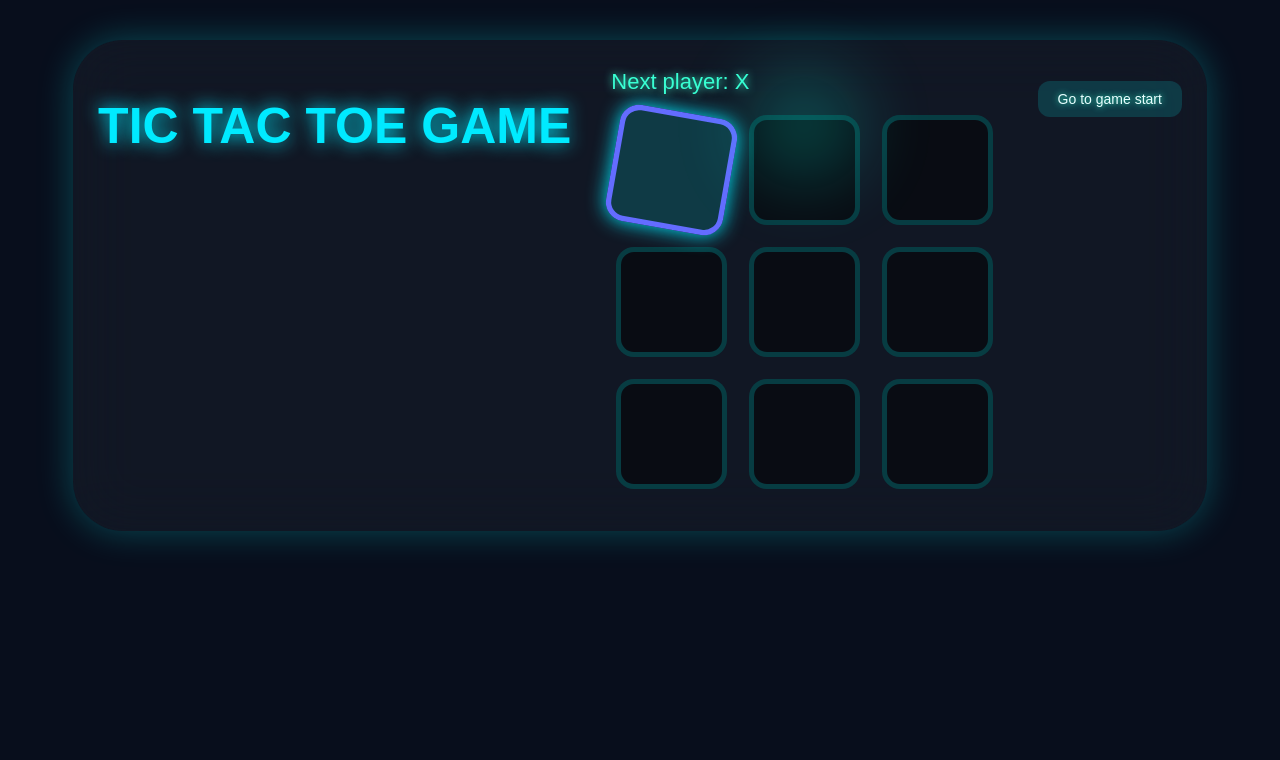
Repository: sofia123776/TIC-TAC-TOE
Page: /
These files come from the project's save history. The page is drawn as it stood at one moment and after the next save; the edit follows.
The browser window is 1280 px wide. The pictures show the whole page.
The pointer rests on the first visible `.square`.
The project was rebuilt for these pictures with package versions that can differ from the ones it lists, and the page was loaded fresh each time. Also part of the build but not shown: vite.config.js.

Above is the page before, as saved 2025-11-30 20:09:15.

### src/index.css
:root {
  font-family: system-ui, Avenir, Helvetica, Arial, sans-serif;
  line-height: 1.5;
  font-weight: 400;

  color-scheme: light dark;
  color: rgba(255, 255, 255, 0.87);
  background-color: whitesmoke;

  font-synthesis: none;
  text-rendering: optimizeLegibility;
  -webkit-font-smoothing: antialiased;
  -moz-osx-font-smoothing: grayscale;
}

a {
  font-weight: 500;
  color: #646cff;
  text-decoration: inherit;
}
a:hover {
  color: #535bf2;
}

body {
  margin: 0;
  display: flex;
  place-items: center;
  min-width: 320px;
  min-height: 100vh;
}

h1 {
  font-size: 3.2em;
  line-height: 1.1;
}

button {
  border-radius: 1px;
  border:8px  solid transparent;
  padding: 0.6em 1.2em;
  font-size: 1em;
  font-weight: 500;
  font-family: inherit;
  background-color: #1a1a1a;
  cursor: pointer;
  transition: border-color 0.25s;
}
button:hover {
  border-color: #646cff;
}
button:focus,
button:focus-visible {
  outline: 4px auto -webkit-focus-ring-color;
}

@media (prefers-color-scheme: light) {
  :root {
    color: #213547;
    background-color: #ffffff;
  }
  a:hover {
    color: #747bff;
  }
  button {
    background-color: #f9f9f9;
  }
}

### src/App.jsx
import { useState } from 'react'
import reactLogo from './assets/react.svg'
import viteLogo from '/vite.svg'
import './App.css'

function Square({value, onSquareClick, highlight}){


  return(
   <button
      className={`square ${highlight ? "highlight" : ""}`}
      onClick={onSquareClick}
    >
      {value}
    </button>
  );

}

function Board({xIsNext, squares, onPlay}) {



  function Handleclick(i){

    if ( Calculatewinner(squares) || squares[i]) {
    return;

  }
    ClickSound.play();
    const nextSquares = squares.slice()
    if (xIsNext){
    nextSquares[i] = "X"
    }else{
      nextSquares[i] = "O"
    }
    onPlay(nextSquares);
  }
    const winner = Calculatewinner(squares);
    const winningLine = Calculatewinner(squares, true);
    const ClickSound = new Audio("/sounds/click.mp3.wav");
    const WinSound = new Audio("/sounds/win.mp3.wav");

  let status;
  if (winner) {
    status = "Winner: " + winner;
    WinSound.play();
  } else {
    status = "Next player: " + (xIsNext ? "X" : "O");
  }

  return (
    <>

    <div className={`status ${winner ? "winner" : ""}`}>{status}</div>
  <div className='board-row'>
  <Square value = {squares[0]} onSquareClick={() =>Handleclick(0)} highlight={winningLine?.includes(0)}/>
  <Square value = {squares[1]} onSquareClick={() =>Handleclick(1)} highlight={winningLine?.includes(1)}/>
  <Square value = {squares[2]} onSquareClick={() =>Handleclick(2)} highlight={winningLine?.includes(2)}/>

  </div>

  <div className='board-row'>
  <Square value = {squares[3]} onSquareClick={() =>Handleclick(3)} highlight={winningLine?.includes(3)}/>
  <Square value = {squares[4]} onSquareClick={() =>Handleclick(4)} highlight={winningLine?.includes(4)}/>
  <Square value = {squares[5]} onSquareClick={() =>Handleclick(5)} highlight={winningLine?.includes(5)}/>

  </div>
  <div className='board-row'>
  <Square value = {squares[6]} onSquareClick={() =>Handleclick(6)} highlight={winningLine?.includes(6)}/>
  <Square value = {squares[7]} onSquareClick={() =>Handleclick(7)} highlight={winningLine?.includes(7)}/>
  <Square value = {squares[8]} onSquareClick={() =>Handleclick(8)} highlight={winningLine?.includes(8)}/>

  </div>

  </>
  );
}

export default function Game() {
  const [history, setHistory] = useState([Array(9).fill(null)]);
  const [currentMove, setCurrentMove] = useState(0);
  const xIsNext = currentMove % 2 === 0;
  const currentSquares = history[currentMove];



  function handlePlay(nextSquares) {
    const nextHistory = [...history.slice(0, currentMove + 1), nextSquares];
    setHistory(nextHistory);
    setCurrentMove(nextHistory.length - 1);
  }

  function jumpTo(nextMove) {
    setCurrentMove(nextMove);
  }

  const moves = history.map((squares, move) => {
    let description;
    if (move > 0) {
      description = 'Go to move #' + move;
    } else {
      description = 'Go to game start';
    }
    return (
      <li key={move}>
        <button onClick={() => jumpTo(move)}>{description}</button>
      </li>
    );
  });

  return (
    <div className="game">
    <h1>TIC TAC TOE GAME</h1>
      <div className={`game-board ${Calculatewinner(currentSquares) ? "winner" : ""}`}>
  <Board xIsNext={xIsNext} squares={currentSquares} onPlay={handlePlay} />
</div>
      <div className="game-info">
        <ol>{moves}</ol>
      </div>
    </div>
  );


}

function Calculatewinner(squares, returnLine = false){
  const lines = [
  [0, 1, 2],
  [3, 4, 5],
  [6, 7, 8],
  [0, 3, 6],
  [1, 4, 7],
  [2, 5, 8],
  [0, 4, 8],
  [2, 4, 6],

  ];

  for (let line of lines) {
    const [a,b,c] = line;
    if (squares[a] && squares[a] === squares[b] && squares[a] === squares[c]) {
      return returnLine ? line : squares[a];
    }
  }
  return returnLine ? null : null;
}

### src/App.css
/* Full background */
body {
  background: #080e1c;
  margin: 0;
  font-family: "Poppins", sans-serif;
  color: #e8faff;
  display: flex;
  justify-content: center;
  align-items: flex-start;
  padding-top: 40px;
}

/* Game Title */
h1 {
  text-align: center;
  font-size: 50px;
  font-weight: 700;
  margin-bottom: 25px;
  text-shadow: 0 0 18px #00eaff;
  color: #00eaff;
}

/* Outer game container */
.game {
  display: flex;
  gap: 40px;
  padding: 25px;
  border-radius: 50px;
  background: rgba(255,255,255,0.04);
  box-shadow: 0 0 35px rgba(0, 255, 255, 0.25);
  backdrop-filter: blur(30px);
}

/* Board container */
.game-board {
  display: flex;
  flex-direction: column;
}

/* Status text */
.status {
  font-size: 22px;
  margin-bottom: 12px;
  color: #39ffd3;
  text-shadow: 0 0 8px #39ffd3;
}

/* Board row layout */
.board-row {
  display: flex;
  gap: 12px;
  margin-bottom: 12px;
}

/* Square button */
.square {
  width: 110px !important;
  height: 110px !important;
  margin: 5px;
  font-size: 42px !important;
  font-weight: bold;
  color: #00eaff;
  background-color: rgba(0, 0, 0, 0.45);
  border: 5px solid rgba(0, 255, 255, 0.2);
  border-radius: 18px;
  display: flex;
  align-items: center;
  justify-content: center;
  cursor: pointer;
  transition: 0.25s ease-in-out, transform 0.15s;
  text-shadow: 0 0 12px #00eaff;
}

.square:hover {
  transform: scale(1.07) rotate(10deg);
  background: rgba(0, 255, 255, 0.15);
  box-shadow: 0 0 18px #00eaff;
}

/* X and O color override */
.square:contains("X"), .square.X {
  color: #ff3c89;
  text-shadow: 0 0 12px #ff3c89;
}
.square:active {
  transform: scale(0.9);
}
.square:contains("O"), .square.O {
  color: #3cfffb;
  text-shadow: 0 0 12px #3cfffb;
}

/* Moves list */
.game-info ol {
  list-style: none;
  padding: 0;
}

.game-info button {
  padding: 10px 20px;
  border-radius: 12px;
  margin-bottom: 10px;
  border: none;
  cursor: pointer;
  background: rgba(0, 255, 255, 0.15);
  color: #e8ffff;
  font-size: 14px;
  text-shadow: 0 0 6px #39ffd3;
  transition: 0.2s ease;
}

.game-info button:hover {
  background: #39ffd3;
  color: #001010;
  box-shadow: 0 0 18px #39ffd3;
  transform: scale(1.05);
}

.highlight {
  animation: winPulse 1s infinite ease-in-out;
  background: rgba(0, 255, 150, 0.25) !important;
  box-shadow: 0 0 25px #00ffb3;
  border: 2px solid #00ff9d !important;
}

@keyframes winPulse {
  0% {
    transform: scale(1);
    box-shadow: 0 0 12px #00ffb3;
  }
  50% {
    transform: scale(1.12);
    box-shadow: 0 0 12px #00ffb3;
  }
  100% {
    transform: scale(1);
    box-shadow: 0 0 12px #00ffb3;
  }
}

.status {
  position: relative;
  z-index: 2;
}

.status.winner {
  animation: glowWinner 1.5s infinite ease-in-out;
  color: #00ffea;
  text-shadow: 0 0 22px #00ffea;
}

@keyframes glowWinner {
  0% { text-shadow: 0 0 10px #00ffe0; }
  50% { text-shadow: 0 0 30px #00ffe0; }
  100% { text-shadow: 0 0 10px #00ffe0; }
}

/* firework particles */
.status::after {
  content: "";
  position: absolute;
  top: -20px;
  left: 50%;
  transform: translateX(-50%);
  width: 160px;
  height: 160px;
  background: radial-gradient(circle, #00ffe0 0%, transparent 60%);
  opacity: 0.3;
  filter: blur(30px);
  animation: fireworks 1.5s infinite ease-in-out;
}

@keyframes fireworks {
  0% {
    transform: translateX(-50%) scale(0.7);
    opacity: 0.1;
  }
  50% {
    transform: translateX(-50%) scale(1.3);
    opacity: 0.4;
  }
  100% {
    transform: translateX(-50%) scale(0.7);
    opacity: 0.1;
  }
}

.game-board.winner {
  border: 3px solid rgba(0,255,200,0.6);
  box-shadow: 0 0 35px rgba(0,255,200,0.8);
  padding: 12px;
  border-radius: 14px;
  animation: boardGlow 1.6s infinite ease-in-out;
}

@keyframes boardGlow {
  0% { box-shadow: 0 0 10px #00ffd5; }
  50% { box-shadow: 0 0 30px #00ffd5; }
  100% { box-shadow: 0 0 10px #00ffd5; }
}

Loaded but not shown: index.html (common file); src/main.jsx (common file)

After the next save:
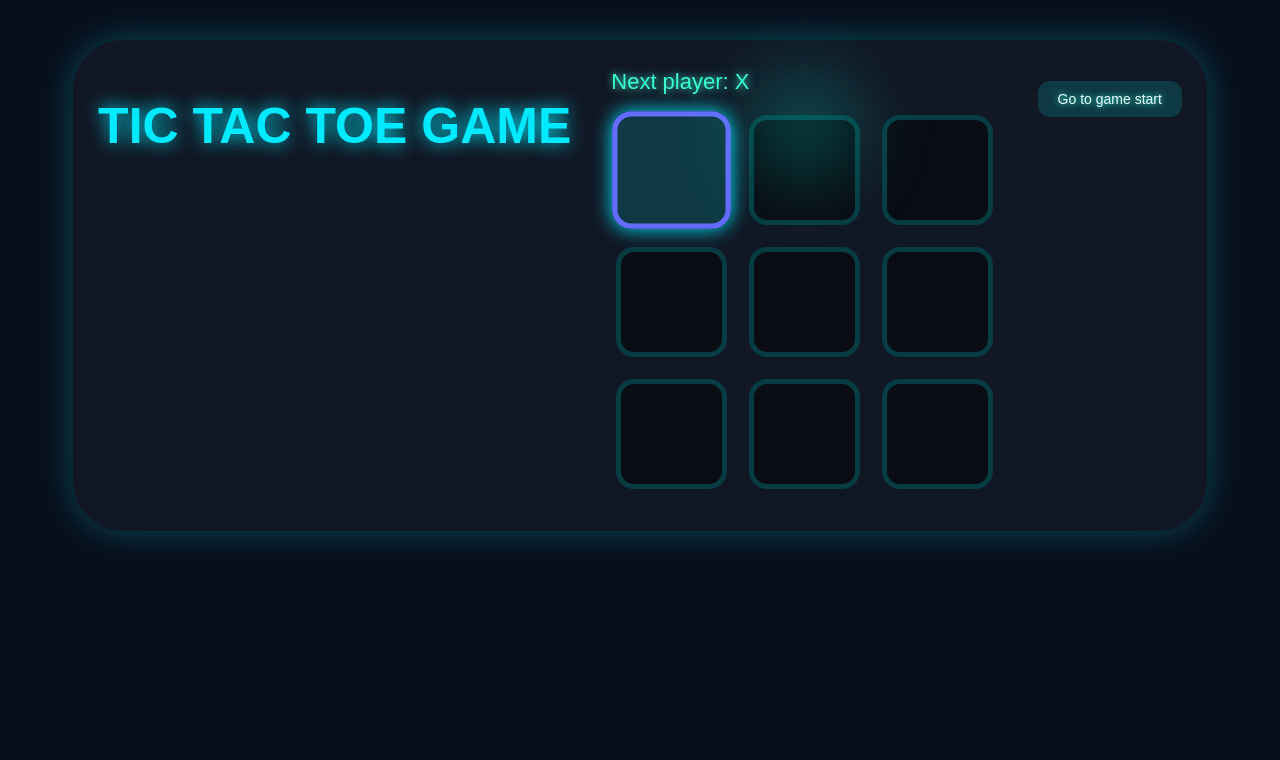
Saved 57 s later.
--- a/src/App.css
+++ b/src/App.css
@@ -72,7 +72,7 @@ h1 {
 }
 
 .square:hover {
-  transform: scale(1.07) rotate(10deg);
+  transform: scale(1.07);
   background: rgba(0, 255, 255, 0.15);
   box-shadow: 0 0 18px #00eaff;
 }
@@ -82,9 +82,8 @@ h1 {
   color: #ff3c89;
   text-shadow: 0 0 12px #ff3c89;
 }
-.square:active {
-  transform: scale(0.9);
-}
+
+
 .square:contains("O"), .square.O {
   color: #3cfffb;
   text-shadow: 0 0 12px #3cfffb;
